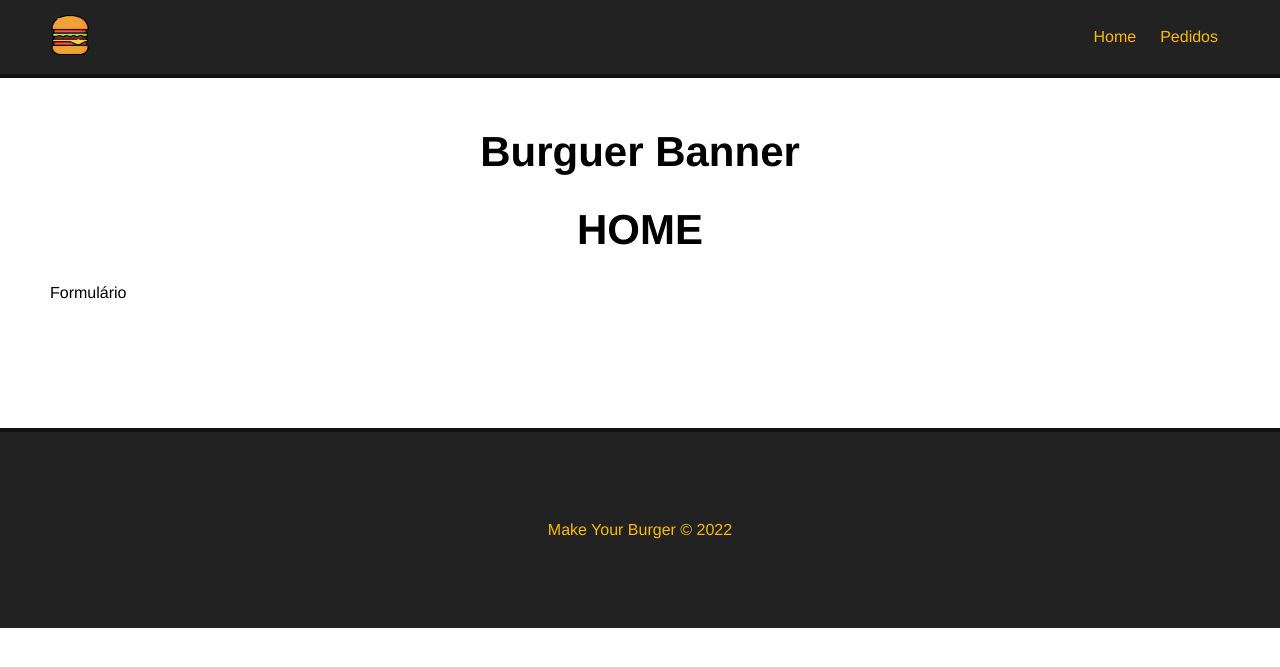
Repository: brunofa23/makeyourburguer
Page: /
The author's editor kept a copy of each file at every save. The page is drawn from the files as they stood at one save, then again after the next save.
The browser window is 1280 px wide. The pictures show the whole page.
The project was rebuilt for these pictures with package versions that can differ from the ones it lists, and the page was loaded fresh each time. Also part of the build but not shown: vue.config.js.

Above is the page before, as saved 2022-08-09 18:57:25.

### src/App.vue
<template>
  <Navbar :logo="logo_src" :alt="app_name"/>
  <router-view/>
  <Footer />
</template>

<script>
import Navbar from './components/Navbar.vue';
import Footer from './components/Footer.vue';

export default{
  components:{ Navbar, Footer },
  data(){
    return{
      logo_src:"/img/logo.png",
      app_name:"Make Your Burguer"
    }

  }
}

</script>

<style>
*{
  font-family: Helvetica, sans-serif;
  padding: 0;
  margin: 0;
  box-sizing: border-box;
}


.main-container{
  margin:50px;
  min-height: 250px;
}

h1{
  text-align: center;
  font-size: 42px;
  margin-bottom: 30px;
}
</style>

### src/router/index.js
import { createRouter, createWebHistory } from 'vue-router'
import HomeView from '../views/HomeView.vue'

const routes = [
  {
    path: '/',
    name: 'home',
    component: HomeView
  },
  {
    path: '/pedidos',
    name: 'Pedidos',
    // route level code-splitting
    // this generates a separate chunk (about.[hash].js) for this route
    // which is lazy-loaded when the route is visited.
    component: () => import(/* webpackChunkName: "about" */ '../views/PedidosView.vue')
  }
]

const router = createRouter({
  history: createWebHistory(process.env.BASE_URL),
  routes
})

export default router

### src/components/Navbar.vue
<template>
  <div id="nav">
    <router-link to="/" id="logo-url">
        <img :src="logo" :alt="alt" id="logo" >
    </router-link>
    <router-link to="/">Home</router-link>
    <router-link to="/pedidos">Pedidos</router-link>
  </div>
</template>

<script>
export default {
    name:"Navbar",
    props:["logo", "alt"]
}
</script>




<style scoped>
#nav{
  background-color:#222 ;
  border-bottom: 4px solid #111;
  padding: 15px 50px;
  display: flex;
  justify-content: flex-end;
  align-items: center;


}

#nav #logo-url{
  margin: auto;
  margin-left: 0;


}

#logo{
  width: 40px;
  height: 40px;
}

#nav a{
  color: #FCBA03;
  text-decoration: none;
  margin: 12px;
  transition: .5s;

}
#nav a:hover{
  color:#FFF;
}

</style>

### src/components/Footer.vue
<template>
    <footer id="footer">
        <p>Make Your Burger &copy; 2022</p>

    </footer>
</template>


<script>
export default{
    name: "Footer"
}

</script>

<style scoped>
#footer{
    height: 200px;
    background-color: #222;
    border-top: 4px solid #111;
    color: #fcba03;
    display: flex;
    align-items: center;
    justify-content: center;
    width: 100%;
}
</style>

### src/views/HomeView.vue
<template>
  <div class="main-container">
    <Banner />
   <h1>HOME</h1>
   <p>Formulário</p>
  </div>
</template>

<script>
import Banner from "@/components/Banner.vue";

export default{
  name: "Home",
  components:{
    Banner
  }
}

</script>

### src/components/Banner.vue
<template>
    <h1>Burguer Banner</h1>
</template>

<script>
export default{
    name:"Banner"
}
</script>

<style scoped>

</style>>

Loaded but not shown: public/index.html (common file); src/main.js (common file)

After the next save:
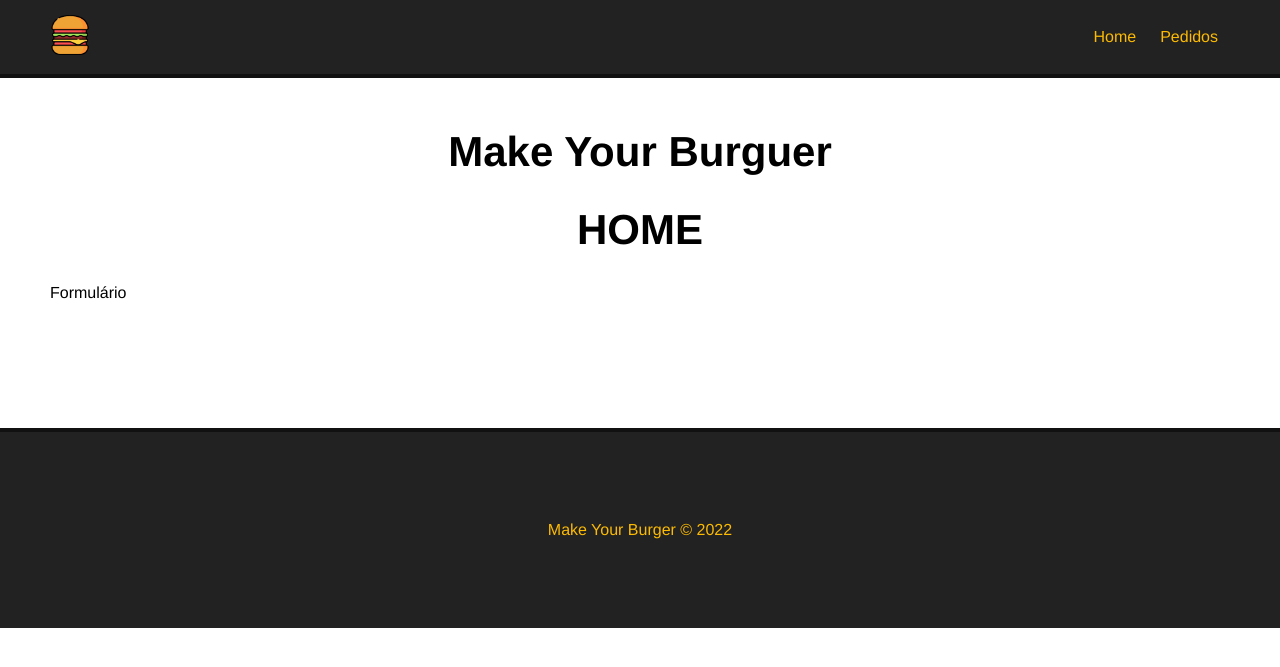
Saved 95 s later.
--- a/src/components/Banner.vue
+++ b/src/components/Banner.vue
@@ -1,13 +1,18 @@
 <template>
-    <h1>Burguer Banner</h1>
+  <div id="main-banner">
+    <h1>Make Your Burguer</h1>
+  </div>
 </template>
 
 <script>
-export default{
-    name:"Banner"
+export default {
+  name: 'Banner',
 }
 </script>
 
 <style scoped>
 
-</style>>
+
+
+</style>
+>
